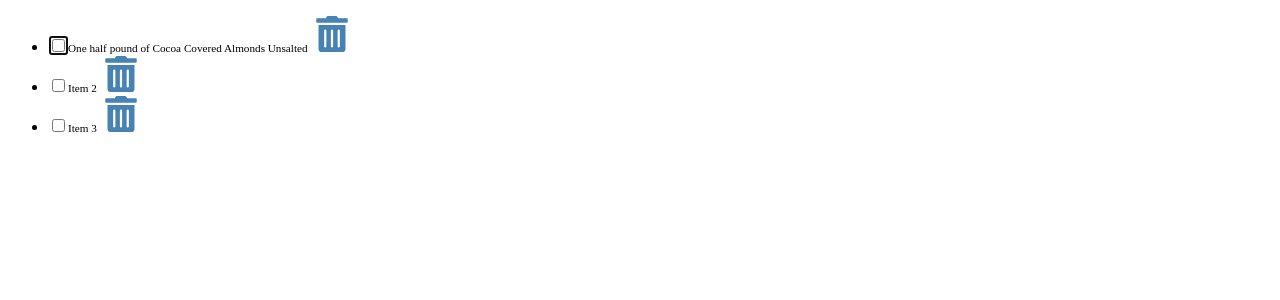
Repository: akinmiday/react-series
Page: /
These files come from the project's save history. The page is drawn as it stood at one moment and after the next save; the edit follows.
The browser window is 1280 px wide. The pictures show the whole page.
The first visible `.item input[type="checkbox"]` has the focus.
The project was rebuilt for these pictures with package versions that can differ from the ones it lists, and the page was loaded fresh each time. Also part of the build but not shown: vite.config.js, src/index.css.

Above is the page before, as saved 2023-08-21 17:59:40.

After the next save:
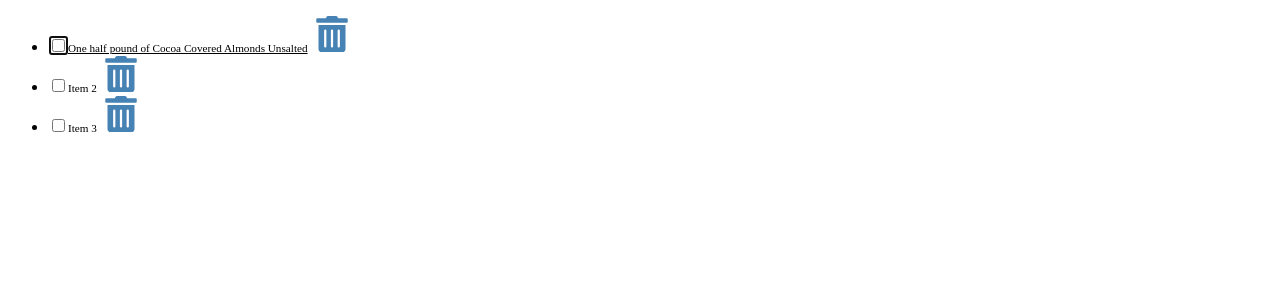
Saved 77 s later.
--- a/src/App.css
+++ b/src/App.css
@@ -1,3 +1,7 @@
+.item input[type="checkbox"]:focus + label{
+text-decoration: underline;
+}
+
 .item > label{
     font-size: 0.7rem;
     flex-grow: 1;
